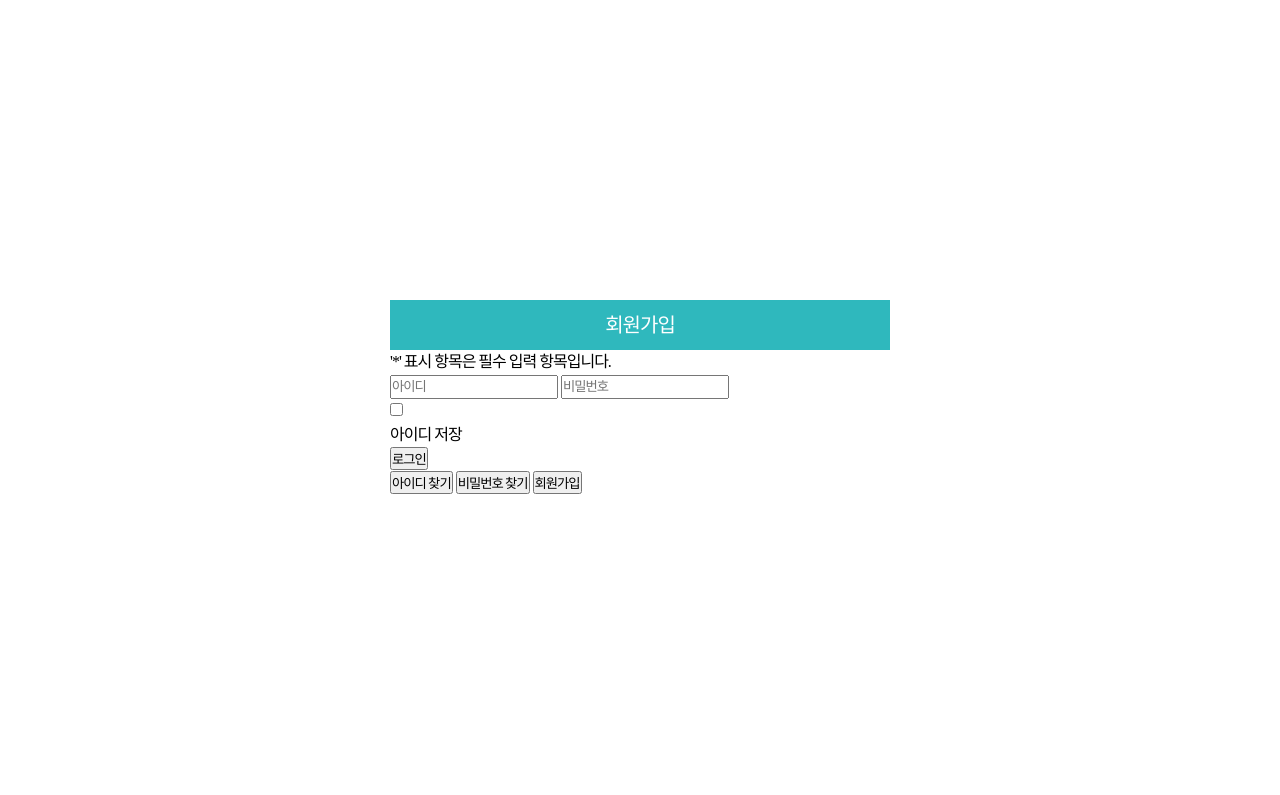
Repository: InhoKang92/jsp_1018
Page: http://localhost/Web_01/join.jsp
These files come from the project's save history. The page is drawn as it stood at one moment and after the next save; the edit follows.
The browser window is 1280 px wide. The pictures show the whole page.
Some web fonts or font styles are not loaded; a fallback is used. The page is served by Tomcat 9. Other server files are loaded and not shown.

Above is the page before, as saved 2024-10-16 01:58:58.

### Web_01/src/main/webapp/join.jsp
<%@ page language="java" contentType="text/html; charset=UTF-8"
pageEncoding="UTF-8"%>
<!DOCTYPE html>
<html>
<head>
<meta charset="UTF-8">

<link rel="stylesheet" href="css/reset.css">
<link rel="stylesheet" href="css/join.css">

<title>모던하우스 회원가입</title>
</head>
<body>


      <form method="post" name="frm">

        <div class="join_box">
            <div class="title_box">회원가입</div>
            <p class="mand">'*' 표시 항목은 필수 입력 항목입니다.</p>
            <div class="input_box">
                <input class="id_input" type="text" placeholder="아이디" name="userid">
                <input class="pw_input" type="password" placeholder="비밀번호" name="pwd">
                <div class="save_box">
                    <input id="check" type="checkbox">
                    <label for="check"></label>
                    <p class="save">아이디 저장</p>
                </div>

            </div>
            <input type="submit" class="login_btn" value="로그인" onclick="return loginCheck()">
            <div class="etc_box">
                <input type="button" value="아이디 찾기">
                <input type="button" value="비밀번호 찾기">
                <input type="button" value="회원가입" onclick="location.href='ModernServlet?command=mdh_join_form'">
            </div>
        </div>
      </form>

</body>
</html>

### Web_01/src/main/webapp/css/reset.css
@charset "utf-8";

@font-face {
    font-family: 'Pretendard-Regular';
    src: url('https://fastly.jsdelivr.net/gh/Project-Noonnu/noonfonts_2107@1.1/Pretendard-Regular.woff') format('woff');
    font-weight: 400;
    font-style: normal;
}

/* CSS 리셋 */
* {
    margin: 0;
    padding: 0;
    color: #000;
    list-style: none;
    text-decoration: none;
    box-sizing: border-box;
    line-height: 1.5;
    letter-spacing: -1px;
    font-family: 'Pretendard-Regular';
}

### Web_01/src/main/webapp/css/join.css
@charset "utf-8";

.join_box {
    width: 500px;
    margin: 300px auto;
}
.title_box {
    width: 100%;
    background-color: #2fb8bd;
    border: none;
    color: #fff;
    font-size: 20px;
    padding: 10px;
    text-align: center;
}
.mand {

}

After the next save:
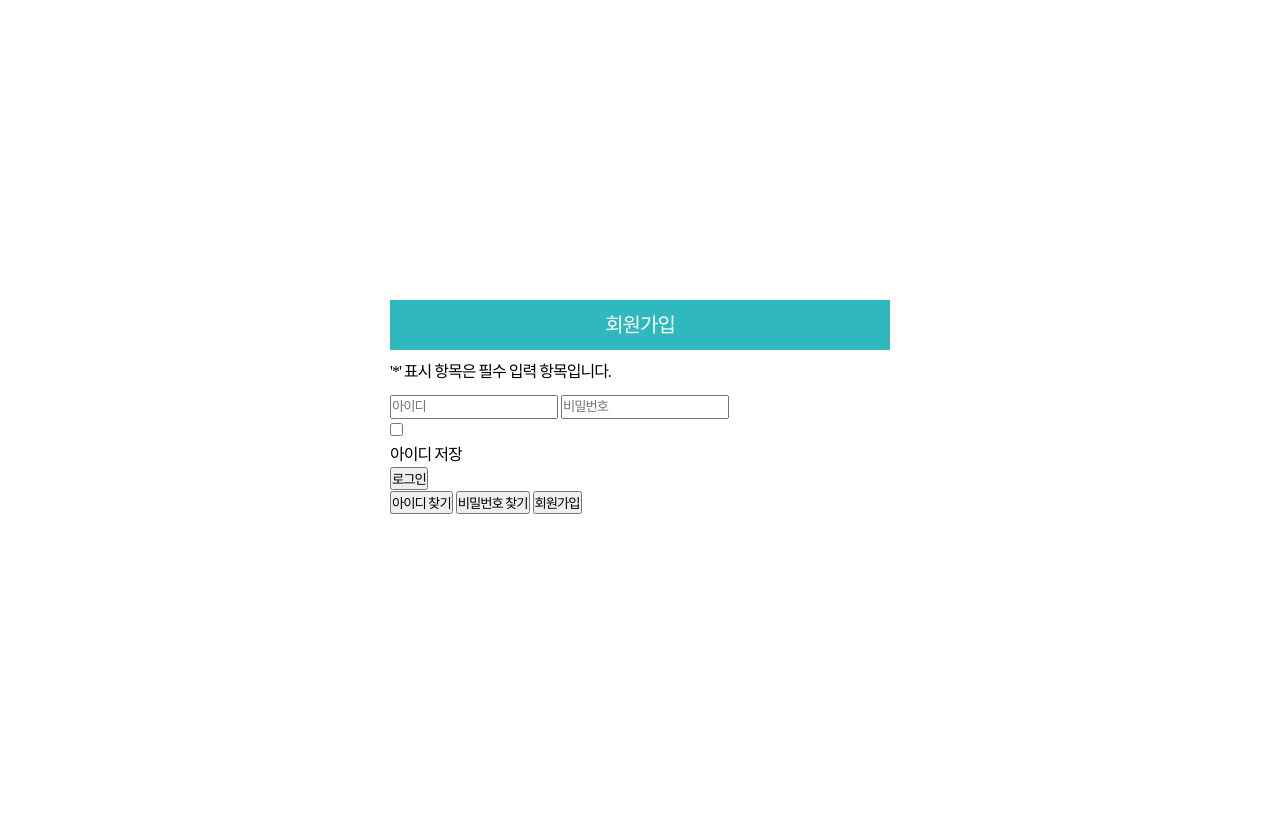
Saved 14 s later.
--- a/Web_01/src/main/webapp/css/join.css
+++ b/Web_01/src/main/webapp/css/join.css
@@ -14,5 +14,5 @@
     text-align: center;
 }
 .mand {
-
+	margin: 10px 0
 }
